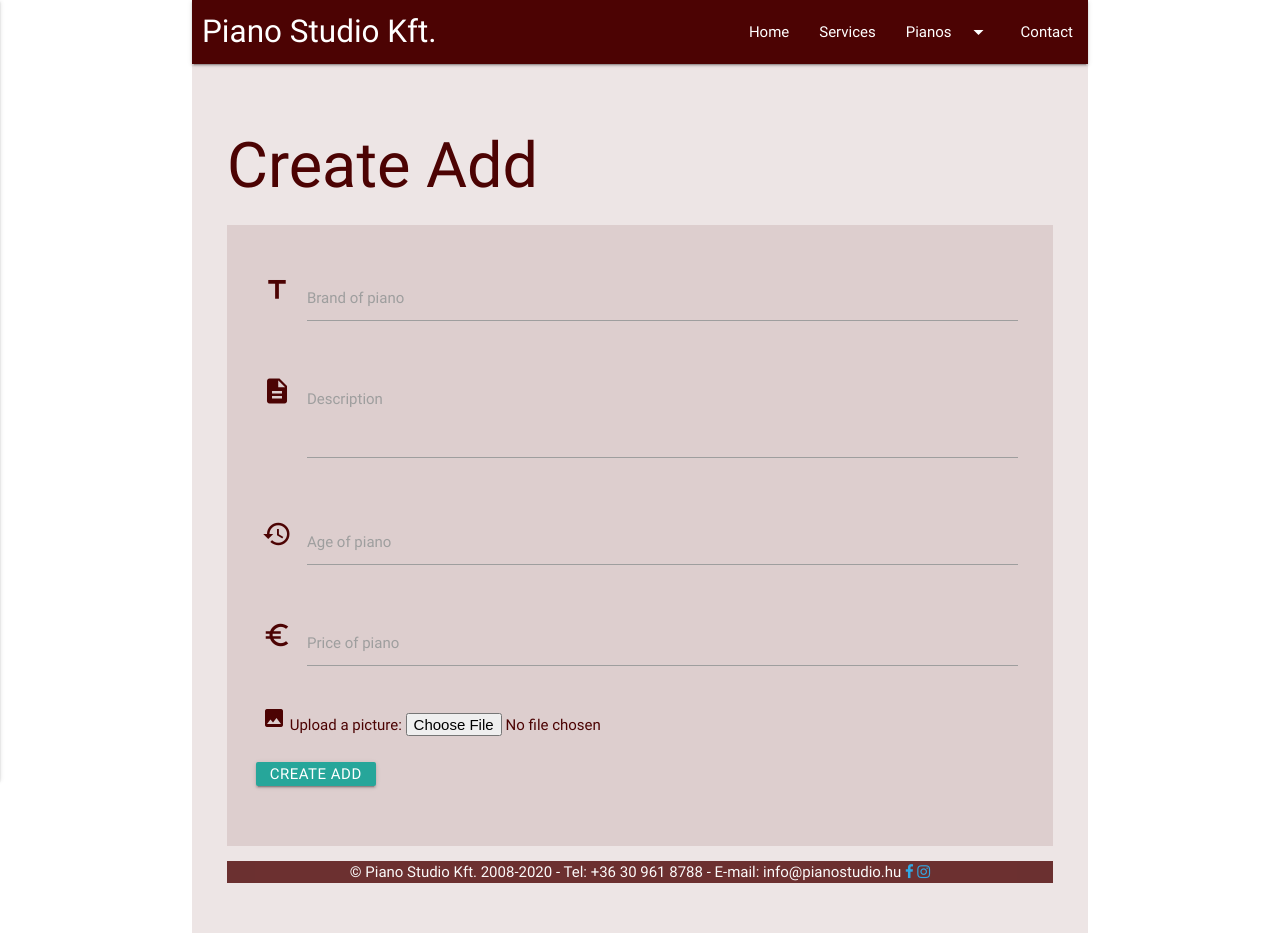
Repository: badiattila/pianostudioheroku
Page: http://localhost/createadd
The author's editor kept a record of every edit. The page is drawn from the files as they stood at one moment, then again after the next edit.
The browser window is 1280 px wide. The pictures show the whole page.
Some web libraries are served in a nearby version. The page is served by the project's application, run on Flask 3 (app.py).

Above is the page before.

### templates/create_add.html
{% extends 'base.html' %} {% block content %}
<div class="op" id="advertise">
    <h1>Create Add</h1>

<div class="op">
    <form action="{{ url_for('insert_add') }}" method="POST" enctype="multipart/form-data" class="col s12">

        <div class="row">
            <div class="input-field col s12">
                <i class="material-icons prefix">title</i>
                <input id="brand" name="brand" type="text" class="validate">
                <label for="brand">Brand of piano</label>
            </div>
        </div>

        <div class="row">
            <div class="input-field col s12">
                <i class="material-icons prefix">description</i>
                <textarea id="description" name="description" class="materialize-textarea"></textarea>
                <label for="icon_telephone">Description</label>
            </div>
        </div>

        <div class="row">
            <div class="input-field col s12">
                <i class="material-icons prefix">history</i>
                <input id="age" name="age" type="text" class="validate">
                <label for="age">Age of piano</label>
            </div>
        </div>

        <div class="row">
            <div class="input-field col s12">
                <i class="material-icons prefix">euro_symbol</i>
                <input id="price" name="price" type="text" class="validate">
                <label for="price">Price of piano</label>
            </div>
        </div>

        <div class="row">
            <div class="col s12">
                <i class="material-icons prefix">insert_photo</i> Upload a picture:
                <input id="picture" name="picture" type="file">
                <label for="picture"></label>
            </div>
        </div>

        <div class="row">
            <button class="btn waves-effect waves-light btn_mid" type="submit" name="action">Create Add</button>
        </div>


    </form>
</div>
{% endblock %}

### templates/base.html
<!DOCTYPE html>

<html lang="en">

<head>

    <!-- Meta tags -->
    <meta charset="utf-8">
    <!-- Font awsome -->
    <link rel="stylesheet" href="https://maxcdn.bootstrapcdn.com/font-awesome/4.7.0/css/font-awesome.min.css" type="text/css" />
    <!-- Hover -->
    <link rel="stylesheet" href="https://cdnjs.cloudflare.com/ajax/libs/hover.css/2.1.1/css/hover-min.css" type="text/css" />
    <!-- Material icons by Google -->
    <link href="https://fonts.googleapis.com/icon?family=Material+Icons" rel="stylesheet">
    <!-- Compiled and minified materialize CSS -->
    <link rel="stylesheet" href="https://cdnjs.cloudflare.com/ajax/libs/materialize/0.100.2/css/materialize.min.css">
    <!-- Specific Css for this website -->
    <link rel="stylesheet" href="{{url_for('static', filename='css/style.css')}}" type="text/css" />

    <title>Piano Studio Kft. - Services - </title>
    <link href="{{url_for('static', filename='pictures/favicon.ico')}}" rel="shortcut icon" type="image/x-icon" />
    <meta name="description" content="Piano rental, tuning and repair - Piano Studio Kft." />
    <meta name="keywords" content="Piano rental,piano tuning,piano repair,piano studio" />
    <meta name="copyright" content="Piano Studio Kft." />
    <meta name="author" content="Attila Badi/Piano Studio Kft." />
    <meta name="email" content="info@pianostudio.hu" /> {% block head %} {% endblock %}


</head>

<body>
    <div class="container">
        <header>
            <ul id="dropdown2" class="dropdown-content">
                <li><a href="{{url_for('pianos_for_sale')}}">Sale</a></li>
                <li><a href="{{url_for('createadd')}}">Create Add</a></li>
            </ul>
            <nav>
                <div class="nav-wrapper redbg">
                    <a href="{{url_for('index')}}" class="brand-logo">Piano Studio Kft.</a>
                    <a href="#" data-activates="mobile-demo" class="button-collapse"><i class="material-icons">menu</i></a>
                    <ul id="nav-mobile" class="right hide-on-med-and-down">
                        <li><a href="{{url_for('index')}}">Home</a></li>
                        <li><a href="{{url_for('services')}}">Services</a></li>
                        <!-- Dropdown Trigger -->
                        <li><a class="dropdown-trigger" href="#!" data-target="dropdown2">Pianos<i class="material-icons right">arrow_drop_down</i></a></li>

                        <li><a href="{{url_for('contact')}}">Contact</a></li>
                    </ul>
                    <ul class="side-nav" id="mobile-demo">
                        <li><a href="{{url_for('index')}}">Home</a></li>
                        <li><a href="{{url_for('services')}}">Services</a></li>
                        <li><a href="{{url_for('pianos_for_sale')}}">Sale</a></li>
                        <li><a href="{{url_for('createadd')}}">Create Add</a></li>
                        <li><a href="{{url_for('contact')}}">Contact</a></li>
                    </ul>
                </div>
            </nav>

        </header>
        {% block content %} {% endblock %}

        <footer class="footer redbg">
            <p>&copy; Piano Studio Kft. 2008-2020 - Tel: +36 30 961 8788 - E-mail: info@pianostudio.hu
                <a target="_blank" href="https://www.facebook.com/zongoraterem"><i class="fa fa-facebook" aria-hidden="true"></i></a>
                <a target="_blank" href="https://www.instagram.com/pianostudiokft"><i class="fa fa-instagram" aria-hidden="true"></i></a>
            </p>
        </footer>
    </div>

    <script src="https://code.jquery.com/jquery-3.4.1.min.js" integrity="sha256-CSXorXvZcTkaix6Yvo6HppcZGetbYMGWSFlBw8HfCJo=" crossorigin="anonymous"></script>
    <script src="https://cdnjs.cloudflare.com/ajax/libs/materialize/0.100.2/js/materialize.min.js"></script>

    <script>
        $(document).ready(function() {
            $('.modal').modal();
            $('.dropdown-trigger').dropdown();
            $('.collapsible').collapsible();
            $('select').material_select();
            $('.button-collapse').sideNav();
        });
    </script>

</body>

</html>

### app.py
import os
from flask import Flask, render_template, redirect, request, url_for
from flask_pymongo import PyMongo
from bson.objectid import ObjectId
from flask_mail import Mail, Message

app = Flask(__name__)

app.config["MONGO_DBNAME"] = 'piano_studio'
app.config["MONGO_URI"] = 'mongodb://attilabadi:K00nK00n1234@mycodeinstitutecluster-shard-00-00-wpsfr.mongodb.net:27017,mycodeinstitutecluster-shard-00-01-wpsfr.mongodb.net:27017,mycodeinstitutecluster-shard-00-02-wpsfr.mongodb.net:27017/piano_studio?ssl=true&replicaSet=MyCodeInstituteCluster-shard-0&authSource=admin&retryWrites=true&w=majority'
mongo = PyMongo(app)

app.config.update(
	DEBUG=True,
	#EMAIL SETTINGS
	MAIL_SERVER='mail.pianostudio.hu',
	MAIL_PORT=465,
	MAIL_USE_SSL=True,
	MAIL_USERNAME = 'contact@pianostudio.hu',
	MAIL_PASSWORD = os.environ.get('SMTPPW')
	)
mail = Mail(app)

@app.route('/')
@app.route('/index')
def index():
        return render_template("index.html")

@app.route('/contact')
def contact():
        return render_template("contact.html")

@app.route('/services')
def services():
        return render_template("services.html")

@app.route('/pianos_for_sale')
def pianos_for_sale():
        return render_template("pianos_for_sale.html", pianos=mongo.db.pianos_4_sale.find(), images=mongo.db.pianos_4_sale.find())

@app.route('/createadd')
def createadd():
        return render_template("create_add.html")

@app.route('/insert_add', methods=['POST'])
def insert_add():
        file_id = mongo.save_file(request.files['picture'].filename, request.files['picture'])
        mongo.db.pianos_4_sale.insert({
            'brand': request.form.get('brand') ,
            'description' : request.form.get('description') ,
            'age' : request.form.get('age') ,
            'price' : request.form.get('price') ,
            'file_name' : request.files['picture'].filename})
        return redirect(url_for('pianos_for_sale'))

@app.route('/file/<file_name>')
def file(file_name):
    return mongo.send_file(file_name)

@app.route('/delete_piano/<piano_id>')
def delete_piano(piano_id):
    mongo.db.pianos_4_sale.remove({'_id': ObjectId(piano_id)})
    return redirect(url_for('pianos_for_sale'))

@app.route('/edit_piano/<piano_id>')
def edit_piano(piano_id):
    return render_template('edit_piano.html', piano=mongo.db.pianos_4_sale.find_one({"_id": ObjectId(piano_id)}))


@app.route('/update_piano/<piano_id>', methods=['POST'])
def update_piano(piano_id):
    file_id = mongo.save_file(request.files['picture'].filename, request.files['picture'])
    mongo.db.pianos_4_sale.update( {'_id': ObjectId(piano_id)},
    {
            'brand': request.form.get('brand') ,
            'description' : request.form.get('description') ,
            'age' : request.form.get('age') ,
            'price' : request.form.get('price') ,
            'file_name' : request.files['picture'].filename
    })
    return redirect(url_for('pianos_for_sale'))

@app.route('/send_mail/', methods=['POST'])
def send_mail():
	try:
		msg = Message("Contact form mail from pianostudio",
		  sender=request.form.get('user_email'),
		  recipients=["attila.badi@gmail.com"])
		msg.body = request.form.get('message')
		mail.send(msg)
		return 'Mail sent!'
	except:
		return "Something went wrong"

if __name__ == '__main__':
    app.run(host=os.environ.get('IP'),
        port=int(os.environ.get('PORT')),
        debug=True)

### static/css/style.css
.left {
  float: left;
}

.right {
  float: right;
}

/* Picture formatting for gallery and teaser pictures */

.right-teaser {
  padding: 1px;
  border: 1px solid #4c0303;
  float: right;
  margin: 0 0 1em 1em;
  width: 12vw;
}

.galery-pic {
  padding: 1px;
  border: 1px solid #4c0303;
  margin: 0 0 1em 1em;
  width: 12vw;
}

.btn_small {
  height: 24px;
  width: 60px;
  line-height: 24px;
  margin: 5px 5px;
  padding: 0 0.5em;
}

.btn_mid {
  height: 24px;
  width: 120px;
  line-height: 24px;
  margin: 5px 5px;
  padding: 0 0.5em;
}

.footer {
  color: white;
  opacity: 0.8;
  filter: alpha(opacity=80);
  text-align: center;
}

.redbg {
  background-color: #4c0303;
}

.nav-wrapper {
  padding-left: 10px;
}

/* Opacity classes for different elements */

.op {
  background: rgba(76, 3, 3, 0.1);
  /*background with 30% opacity */
  color: rgba(76, 3, 3);
  padding: 35px;
  margin-bottom: 15px;
}

.dropdown-content {
  width: max-content !important;
  height: auto !important;
}

/* ID based background behaviour */
#intro {
    background-attachment: scroll;
    background-image: url('../pictures/4k-wallpaper-close-up-fingers-1246437.jpg');
    background-position: center;
    background-size: cover;
    width: 100vw;
    background-repeat: no-repeat;
    position: relative;
}

After the next edit:
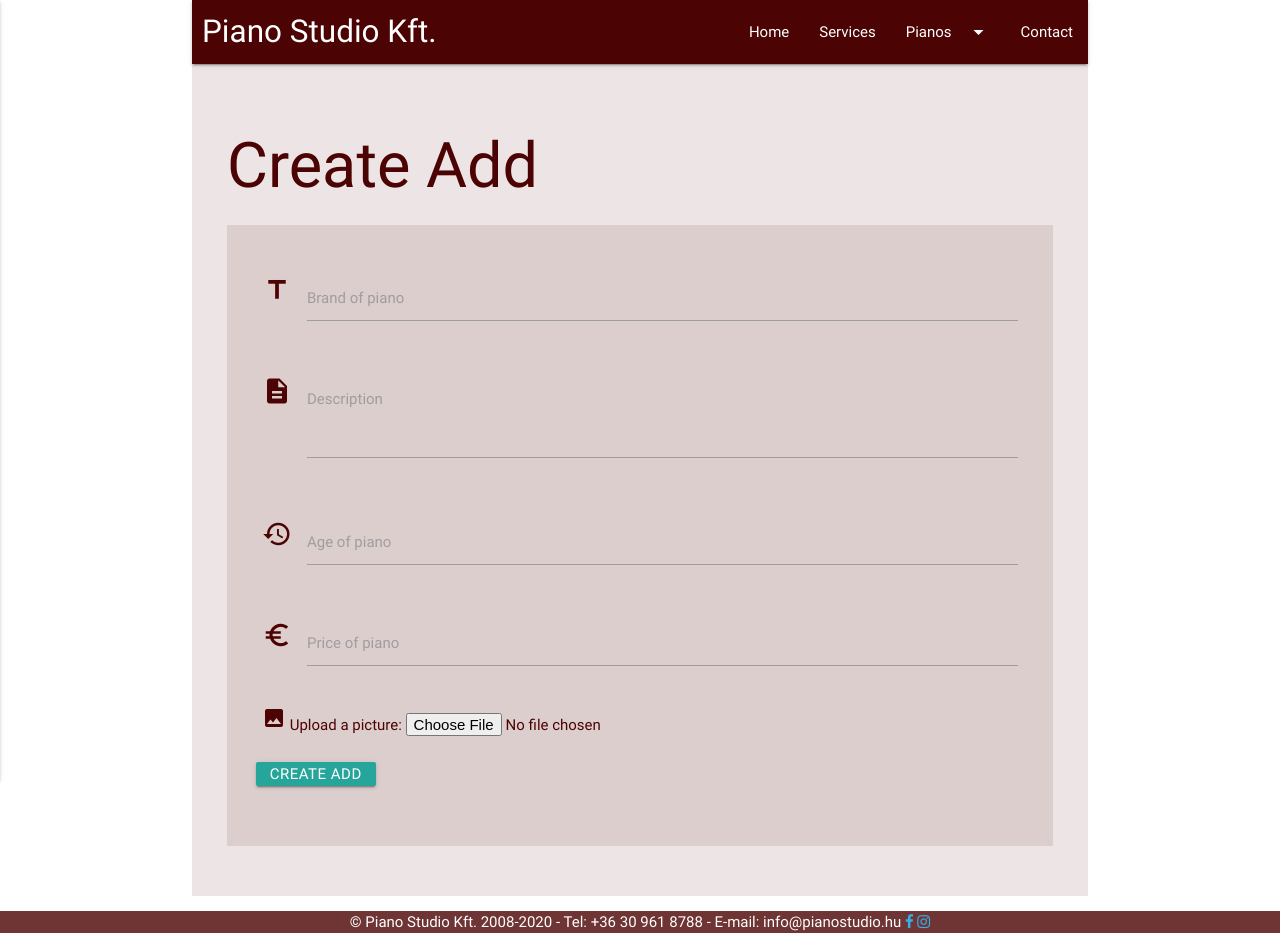
The edit:
--- a/templates/create_add.html
+++ b/templates/create_add.html
@@ -1,55 +1,54 @@
 {% extends 'base.html' %} {% block content %}
 <div class="op" id="advertise">
     <h1>Create Add</h1>
+        <form action="{{ url_for('insert_add') }}" method="POST" enctype="multipart/form-data" class="col s12 op">
 
-<div class="op">
-    <form action="{{ url_for('insert_add') }}" method="POST" enctype="multipart/form-data" class="col s12">
+            <div class="row">
+                <div class="input-field col s12">
+                    <i class="material-icons prefix">title</i>
+                    <input id="brand" name="brand" type="text" class="validate">
+                    <label for="brand">Brand of piano</label>
+                </div>
+            </div>
 
-        <div class="row">
-            <div class="input-field col s12">
-                <i class="material-icons prefix">title</i>
-                <input id="brand" name="brand" type="text" class="validate">
-                <label for="brand">Brand of piano</label>
+            <div class="row">
+                <div class="input-field col s12">
+                    <i class="material-icons prefix">description</i>
+                    <textarea id="description" name="description" class="materialize-textarea"></textarea>
+                    <label for="icon_telephone">Description</label>
+                </div>
             </div>
-        </div>
 
-        <div class="row">
-            <div class="input-field col s12">
-                <i class="material-icons prefix">description</i>
-                <textarea id="description" name="description" class="materialize-textarea"></textarea>
-                <label for="icon_telephone">Description</label>
+            <div class="row">
+                <div class="input-field col s12">
+                    <i class="material-icons prefix">history</i>
+                    <input id="age" name="age" type="text" class="validate">
+                    <label for="age">Age of piano</label>
+                </div>
             </div>
-        </div>
 
-        <div class="row">
-            <div class="input-field col s12">
-                <i class="material-icons prefix">history</i>
-                <input id="age" name="age" type="text" class="validate">
-                <label for="age">Age of piano</label>
+            <div class="row">
+                <div class="input-field col s12">
+                    <i class="material-icons prefix">euro_symbol</i>
+                    <input id="price" name="price" type="text" class="validate">
+                    <label for="price">Price of piano</label>
+                </div>
             </div>
-        </div>
 
-        <div class="row">
-            <div class="input-field col s12">
-                <i class="material-icons prefix">euro_symbol</i>
-                <input id="price" name="price" type="text" class="validate">
-                <label for="price">Price of piano</label>
+            <div class="row">
+                <div class="col s12">
+                    <i class="material-icons prefix">insert_photo</i> Upload a picture:
+                    <input id="picture" name="picture" type="file">
+                    <label for="picture"></label>
+                </div>
             </div>
-        </div>
 
-        <div class="row">
-            <div class="col s12">
-                <i class="material-icons prefix">insert_photo</i> Upload a picture:
-                <input id="picture" name="picture" type="file">
-                <label for="picture"></label>
+            <div class="row">
+                <button class="btn waves-effect waves-light btn_mid" type="submit" name="action">Create Add</button>
             </div>
-        </div>
-
-        <div class="row">
-            <button class="btn waves-effect waves-light btn_mid" type="submit" name="action">Create Add</button>
-        </div>
 
 
-    </form>
+        </form>
+    </div>
 </div>
 {% endblock %}
